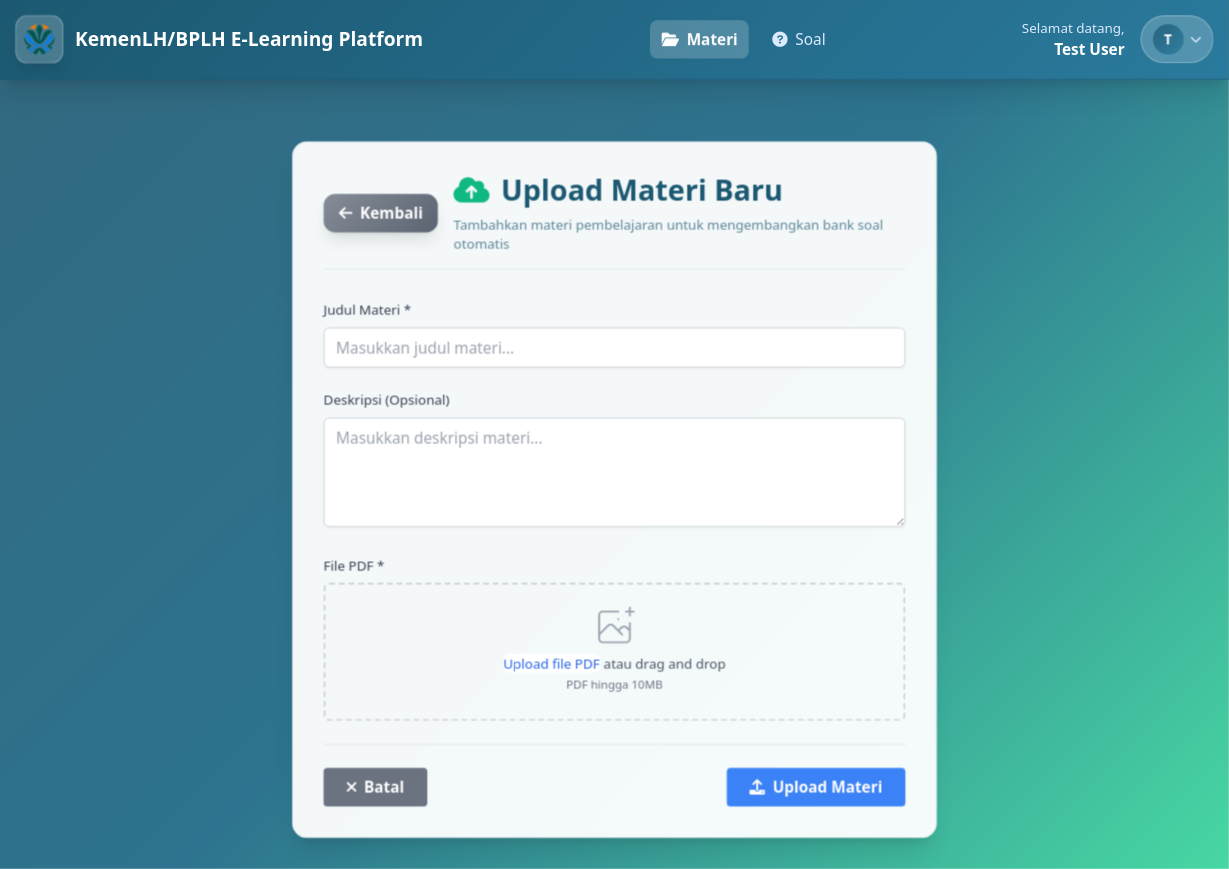
Repository: Autofat/LMS-MOOC
Page: http://localhost/materials/create
An editor plug-in stored every save of this project. The page is shown before and after the next save, followed by the edit.
The browser window is 1280 px wide. The pictures show the whole page, at 96% of full size.
Some web libraries are served in a nearby version. The page is served by the project's Laravel application, run on PHP 8.4 with Laravel 12. A made-up administrator, Test User (test@example.com), is signed in. Other server files are loaded and not shown.

Above is the page before, as saved 2025-08-01 13:35:59.

### routes/web.php
<?php

use Illuminate\Support\Facades\Route;
use Illuminate\Support\Facades\Auth;
use Illuminate\Support\Facades\Http;
use Illuminate\Support\Facades\Storage;
use Illuminate\Http\Request;
use App\Http\Controllers\QuestionController;
use App\Http\Controllers\MaterialController;
use App\Http\Controllers\AuthController;

// Root redirect to login
Route::get('/', function () {
    // Force logout and clear session
    Auth::logout();
    session()->flush();
    session()->regenerate();

    return redirect()->route('login');
});

// Authentication Routes
Route::get('/login', [AuthController::class, 'showLoginForm'])->name('login');
Route::post('/login', [AuthController::class, 'login']);
Route::get('/register', [AuthController::class, 'showRegisterForm'])->name('register');
Route::post('/register', [AuthController::class, 'register']);
Route::post('/logout', [AuthController::class, 'logout'])->name('logout');

// Temporary route to clear session
Route::get('/clear-session', function () {
    Auth::logout();
    session()->flush();
    session()->regenerate();
    return redirect()->route('login')->with('success', 'Session cleared. Please login again.');
});

// Test route to check auth status
Route::get('/test-auth', function () {
    return response()->json([
        'auth_check' => Auth::check(),
        'user' => Auth::user(),
        'session_id' => session()->getId(),
        'session_data' => session()->all()
    ]);
});

// Protected Routes (require authentication)
Route::middleware(['auth'])->group(function () {

    // Debug route for testing n8n connection
    Route::get('/test-n8n-connection', function () {
        try {
            $testData = [
                'action' => 'test_connection',
                'timestamp' => now()->toISOString(),
                'message' => 'Laravel connection test'
            ];

            $n8nUrl = env('N8N_GENERATE_QUESTIONS_URL', 'http://localhost:5678/webhook/generate-questions');

            $response = Http::timeout(120)
                ->retry(2, 100)
                ->withOptions([
                    'verify' => false,
                    'allow_redirects' => true,
                    'http_errors' => false
                ])
                ->post($n8nUrl, $testData);

            return response()->json([
                'success' => true,
                'message' => 'n8n connection test completed',
                'url' => $n8nUrl,
                'request_data' => $testData,
                'response' => [
                    'status' => $response->status(),
                    'headers' => $response->headers(),
                    'body' => $response->body(),
                    'successful' => $response->successful()
                ]
            ]);

        } catch (\Exception $e) {
            return response()->json([
                'success' => false,
                'error' => $e->getMessage(),
                'error_class' => get_class($e)
            ], 500);
        }
    })->name('test.n8n.connection');

    // Material Routes
    Route::get('/materials', [MaterialController::class, 'index'])->name('materials.index');
    Route::get('/materials/create', [MaterialController::class, 'create'])->name('materials.create');
    Route::post('/materials', [MaterialController::class, 'store'])->name('materials.store');
    Route::get('/materials/{id}', [MaterialController::class, 'show'])->name('materials.show');
    Route::get('/materials/{id}/edit', [MaterialController::class, 'edit'])->name('materials.edit');
    Route::put('/materials/{id}', [MaterialController::class, 'update'])->name('materials.update');
    Route::delete('/materials/{id}', [MaterialController::class, 'destroy'])->name('materials.destroy');
    Route::get('/materials/{id}/download', [MaterialController::class, 'download'])->name('materials.download');

    // Debug routes for testing file uploads
    Route::get('/test-upload', function () {
        return view('test-upload');
    })->name('test.upload.form');

    Route::post('/test-upload', function (Request $request) {
        $info = [
            'has_file' => $request->hasFile('pdf_file'),
            'php_upload_max' => ini_get('upload_max_filesize'),
            'php_post_max' => ini_get('post_max_size'),
            'storage_writable' => is_writable(storage_path('app/public')),
            'materials_dir_exists' => Storage::disk('public')->exists('materials'),
        ];

        if ($request->hasFile('pdf_file')) {
            $file = $request->file('pdf_file');
            $info['file'] = [
                'name' => $file->getClientOriginalName(),
                'size' => $file->getSize(),
                'mime' => $file->getMimeType(),
                'is_valid' => $file->isValid(),
                'error' => $file->getError(),
            ];
        }

        return response()->json($info);
    })->name('test.upload');
    Route::get('/materials/{id}/questions', [MaterialController::class, 'questions'])->name('materials.questions');

    // Generate Questions with n8n
    Route::post('/materials/{id}/generate-questions', [MaterialController::class, 'generateQuestions'])->name('materials.generate-questions');
    Route::post('/materials/{id}/generate-questions-async', [MaterialController::class, 'generateQuestionsAsync'])->name('materials.generate-questions-async');
    Route::get('/materials/{id}/test-n8n', [MaterialController::class, 'testN8nConnection'])->name('materials.test-n8n');

    // Form Manual Input
    Route::get('/questions/create', [QuestionController::class, 'create'])->name('questions.create');
    Route::post('/questions', [QuestionController::class, 'store'])->name('questions.store');

    // Manage and Edit Questions
    Route::get('/questions/manage', [QuestionController::class, 'manage'])->name('questions.manage');
    Route::get('/questions/{id}/edit', [QuestionController::class, 'edit'])->name('questions.edit');
    Route::put('/questions/{id}', [QuestionController::class, 'update'])->name('questions.update');
    Route::delete('/questions/{id}', [QuestionController::class, 'destroy'])->name('questions.destroy');
});

### resources/views/materials/create.blade.php
<!DOCTYPE html>
<html lang="en">

<head>
    <meta charset="UTF-8">
    <meta name="viewport" content="width=device-width, initial-scale=1.0">
    <title>Upload Materi Baru - Education Generator Platform</title>
    <script src="https://cdn.tailwindcss.com"></script>
    <link href="https://cdnjs.cloudflare.com/ajax/libs/font-awesome/6.0.0/css/all.min.css" rel="stylesheet">
    <style>
        .professional-gradient {
            background: linear-gradient(135deg, rgba(28,88,113,0.9) 0%, rgba(34,108,137,0.95) 50%, rgba(52,211,153,0.9) 100%);
        }

        .glass-effect {
            background: rgba(255, 255, 255, 0.95);
            backdrop-filter: blur(10px);
            border: 1px solid rgba(28,88,113,0.1);
        }
    </style>
</head>

<body class="min-h-screen professional-gradient">
    <!-- Include Navbar Component -->
    @include('components.navbar')

    <div class="container mx-auto px-4 py-8">
        <div class="max-w-2xl mx-auto">
            <div class="glass-effect rounded-2xl shadow-xl p-8">
                <!-- Header -->
                <div class="flex items-center mb-8 pb-4 border-b" style="border-color: rgba(28,88,113,0.1);">
                    <a href="{{ route('materials.index') }}"
                       class="inline-flex items-center px-4 py-2 rounded-xl font-semibold transition-all duration-200 shadow-lg hover:shadow-xl transform hover:scale-105 mr-4"
                       style="background: linear-gradient(135deg, rgba(107,114,128,0.8) 0%, rgba(75,85,99,0.9) 100%); color: white;">
                        <i class="fas fa-arrow-left mr-2"></i>
                        Kembali
                    </a>
                    <div>
                        <h1 class="text-3xl font-bold mb-2 flex items-center" style="color: rgba(28,88,113,1);">
                            <i class="fas fa-cloud-upload-alt mr-3 text-emerald-500"></i>
                            Upload Materi Baru
                        </h1>
                        <p class="text-sm" style="color: rgba(28,88,113,0.7);">Tambahkan materi pembelajaran untuk mengembangkan bank soal otomatis</p>
                    </div>
                </div>

                @if ($errors->any())
                    <div class="bg-red-100 border border-red-400 text-red-700 px-4 py-3 rounded mb-6">
                        <ul class="list-disc list-inside">
                            @foreach ($errors->all() as $error)
                                <li>{{ $error }}</li>
                            @endforeach
                        </ul>
                    </div>
                @endif

                <form action="{{ route('materials.store') }}" method="POST" enctype="multipart/form-data"
                    class="space-y-6">
                    @csrf

                    <!-- Title -->
                    <div>
                        <label for="title" class="block text-sm font-medium text-gray-700 mb-2">
                            Judul Materi *
                        </label>
                        <input type="text" id="title" name="title" value="{{ old('title') }}" required
                            class="w-full px-3 py-2 border border-gray-300 rounded-md shadow-sm focus:outline-none focus:ring-2 focus:ring-blue-500 focus:border-transparent"
                            placeholder="Masukkan judul materi...">
                    </div>

                    <!-- Description -->
                    <div>
                        <label for="description" class="block text-sm font-medium text-gray-700 mb-2">
                            Deskripsi (Opsional)
                        </label>
                        <textarea id="description" name="description" rows="4"
                            class="w-full px-3 py-2 border border-gray-300 rounded-md shadow-sm focus:outline-none focus:ring-2 focus:ring-blue-500 focus:border-transparent"
                            placeholder="Masukkan deskripsi materi...">{{ old('description') }}</textarea>
                    </div>

                    <!-- PDF File -->
                    <div>
                        <label for="pdf_file" class="block text-sm font-medium text-gray-700 mb-2">
                            File PDF *
                        </label>
                        <div
                            class="mt-1 flex justify-center px-6 pt-5 pb-6 border-2 border-gray-300 border-dashed rounded-md hover:border-gray-400 transition-colors">
                            <div class="space-y-1 text-center">
                                <svg class="mx-auto h-12 w-12 text-gray-400" stroke="currentColor" fill="none"
                                    viewBox="0 0 48 48">
                                    <path
                                        d="M28 8H12a4 4 0 00-4 4v20m32-12v8m0 0v8a4 4 0 01-4 4H12a4 4 0 01-4-4v-4m32-4l-3.172-3.172a4 4 0 00-5.656 0L28 28M8 32l9.172-9.172a4 4 0 015.656 0L28 28m0 0l4 4m4-24h8m-4-4v8m-12 4h.02"
                                        stroke-width="2" stroke-linecap="round" stroke-linejoin="round" />
                                </svg>
                                <div class="flex text-sm text-gray-600">
                                    <label for="pdf_file"
                                        class="relative cursor-pointer bg-white rounded-md font-medium text-blue-600 hover:text-blue-500 focus-within:outline-none focus-within:ring-2 focus-within:ring-offset-2 focus-within:ring-blue-500">
                                        <span>Upload file PDF</span>
                                        <input id="pdf_file" name="pdf_file" type="file" class="sr-only"
                                            accept=".pdf" required onchange="updateFileName(this)">
                                    </label>
                                    <p class="pl-1">atau drag and drop</p>
                                </div>
                                <p class="text-xs text-gray-500">PDF hingga 10MB</p>
                                <p id="file-name" class="text-sm text-gray-700 font-medium"></p>
                            </div>
                        </div>
                    </div>

                    <!-- Submit Buttons -->
                    <div class="flex justify-between items-center pt-6 border-t">
                        <a href="{{ route('materials.index') }}"
                            class="bg-gray-500 hover:bg-gray-600 text-white font-bold py-2 px-6 rounded transition-colors">
                            <i class="fas fa-times mr-2"></i>Batal
                        </a>
                        <button type="submit"
                            class="bg-blue-500 hover:bg-blue-600 text-white font-bold py-2 px-6 rounded transition-colors">
                            <i class="fas fa-upload mr-2"></i>Upload Materi
                        </button>
                    </div>
                </form>
            </div>
        </div>
    </div>

    <script>
        function updateFileName(input) {
            const fileNameElement = document.getElementById('file-name');
            if (input.files && input.files[0]) {
                fileNameElement.textContent = input.files[0].name;
            } else {
                fileNameElement.textContent = '';
            }
        }
    </script>
</body>

</html>

Loaded but not shown: app/Models/User.php (common file); app/Http/Controllers/Controller.php (common file); app/Http/Controllers/MaterialController.php (844 lines, source omitted); resources/views/components/navbar.blade.php (221 lines, source omitted)

After the next save:
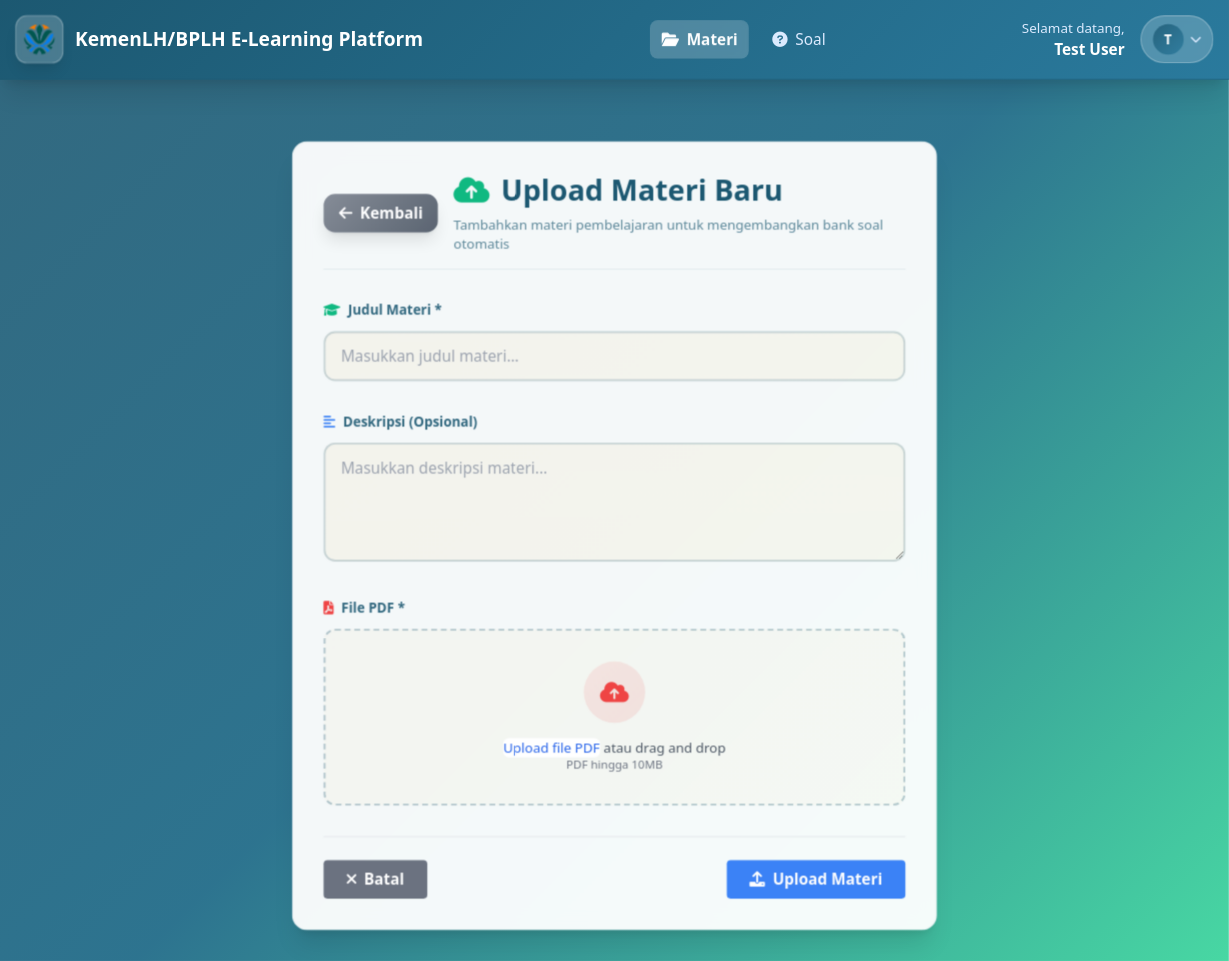
Saved 30 s later.
--- a/resources/views/materials/create.blade.php
+++ b/resources/views/materials/create.blade.php
@@ -45,8 +45,12 @@
                 </div>
 
                 @if ($errors->any())
-                    <div class="bg-red-100 border border-red-400 text-red-700 px-4 py-3 rounded mb-6">
-                        <ul class="list-disc list-inside">
+                    <div class="rounded-xl px-6 py-4 mb-6" style="background: linear-gradient(135deg, rgba(239,68,68,0.1) 0%, rgba(220,38,38,0.1) 100%); border: 1px solid rgba(239,68,68,0.3);">
+                        <div class="flex items-center mb-2">
+                            <i class="fas fa-exclamation-triangle text-red-500 mr-2"></i>
+                            <span class="font-semibold text-red-700">Terdapat kesalahan dalam input:</span>
+                        </div>
+                        <ul class="list-disc list-inside text-red-600 space-y-1">
                             @foreach ($errors->all() as $error)
                                 <li>{{ $error }}</li>
                             @endforeach
@@ -55,39 +59,46 @@
                 @endif
 
                 <form action="{{ route('materials.store') }}" method="POST" enctype="multipart/form-data"
-                    class="space-y-6">
+                    class="space-y-8">
                     @csrf
 
                     <!-- Title -->
                     <div>
-                        <label for="title" class="block text-sm font-medium text-gray-700 mb-2">
-                            Judul Materi *
+                        <label for="title" class="block text-sm font-semibold mb-3 flex items-center space-x-2" style="color: rgba(28,88,113,0.9);">
+                            <i class="fas fa-graduation-cap text-emerald-500"></i>
+                            <span>Judul Materi *</span>
                         </label>
                         <input type="text" id="title" name="title" value="{{ old('title') }}" required
-                            class="w-full px-3 py-2 border border-gray-300 rounded-md shadow-sm focus:outline-none focus:ring-2 focus:ring-blue-500 focus:border-transparent"
+                            class="w-full rounded-xl px-4 py-3 focus:outline-none focus:ring-2 transition-all border-2"
+                            style="border-color: rgba(28,88,113,0.2); background: linear-gradient(135deg, rgba(245,158,11,0.05) 0%, rgba(251,191,36,0.05) 100%);"
                             placeholder="Masukkan judul materi...">
                     </div>
 
                     <!-- Description -->
                     <div>
-                        <label for="description" class="block text-sm font-medium text-gray-700 mb-2">
-                            Deskripsi (Opsional)
+                        <label for="description" class="block text-sm font-semibold mb-3 flex items-center space-x-2" style="color: rgba(28,88,113,0.9);">
+                            <i class="fas fa-align-left text-blue-500"></i>
+                            <span>Deskripsi (Opsional)</span>
                         </label>
                         <textarea id="description" name="description" rows="4"
-                            class="w-full px-3 py-2 border border-gray-300 rounded-md shadow-sm focus:outline-none focus:ring-2 focus:ring-blue-500 focus:border-transparent"
+                            class="w-full rounded-xl px-4 py-3 focus:outline-none focus:ring-2 transition-all border-2"
+                            style="border-color: rgba(28,88,113,0.2); background: linear-gradient(135deg, rgba(245,158,11,0.05) 0%, rgba(251,191,36,0.05) 100%);"
                             placeholder="Masukkan deskripsi materi...">{{ old('description') }}</textarea>
                     </div>
 
                     <!-- PDF File -->
                     <div>
-                        <label for="pdf_file" class="block text-sm font-medium text-gray-700 mb-2">
-                            File PDF *
+                        <label for="pdf_file" class="block text-sm font-semibold mb-3 flex items-center space-x-2" style="color: rgba(28,88,113,0.9);">
+                            <i class="fas fa-file-pdf text-red-500"></i>
+                            <span>File PDF *</span>
                         </label>
-                        <div
-                            class="mt-1 flex justify-center px-6 pt-5 pb-6 border-2 border-gray-300 border-dashed rounded-md hover:border-gray-400 transition-colors">
-                            <div class="space-y-1 text-center">
-                                <svg class="mx-auto h-12 w-12 text-gray-400" stroke="currentColor" fill="none"
-                                    viewBox="0 0 48 48">
+                        <div class="mt-1 flex justify-center px-6 pt-8 pb-8 border-2 border-dashed rounded-xl hover:border-opacity-60 transition-all"
+                             style="border-color: rgba(28,88,113,0.3); background: linear-gradient(135deg, rgba(245,158,11,0.03) 0%, rgba(251,191,36,0.03) 100%);">
+                            <div class="space-y-2 text-center">
+                                <div class="mx-auto h-16 w-16 rounded-full flex items-center justify-center mb-4"
+                                     style="background: linear-gradient(135deg, rgba(239,68,68,0.1) 0%, rgba(220,38,38,0.1) 100%);">
+                                    <i class="fas fa-cloud-upload-alt text-2xl text-red-500"></i>
+                                </div>
                                     <path
                                         d="M28 8H12a4 4 0 00-4 4v20m32-12v8m0 0v8a4 4 0 01-4 4H12a4 4 0 01-4-4v-4m32-4l-3.172-3.172a4 4 0 00-5.656 0L28 28M8 32l9.172-9.172a4 4 0 015.656 0L28 28m0 0l4 4m4-24h8m-4-4v8m-12 4h.02"
                                         stroke-width="2" stroke-linecap="round" stroke-linejoin="round" />
